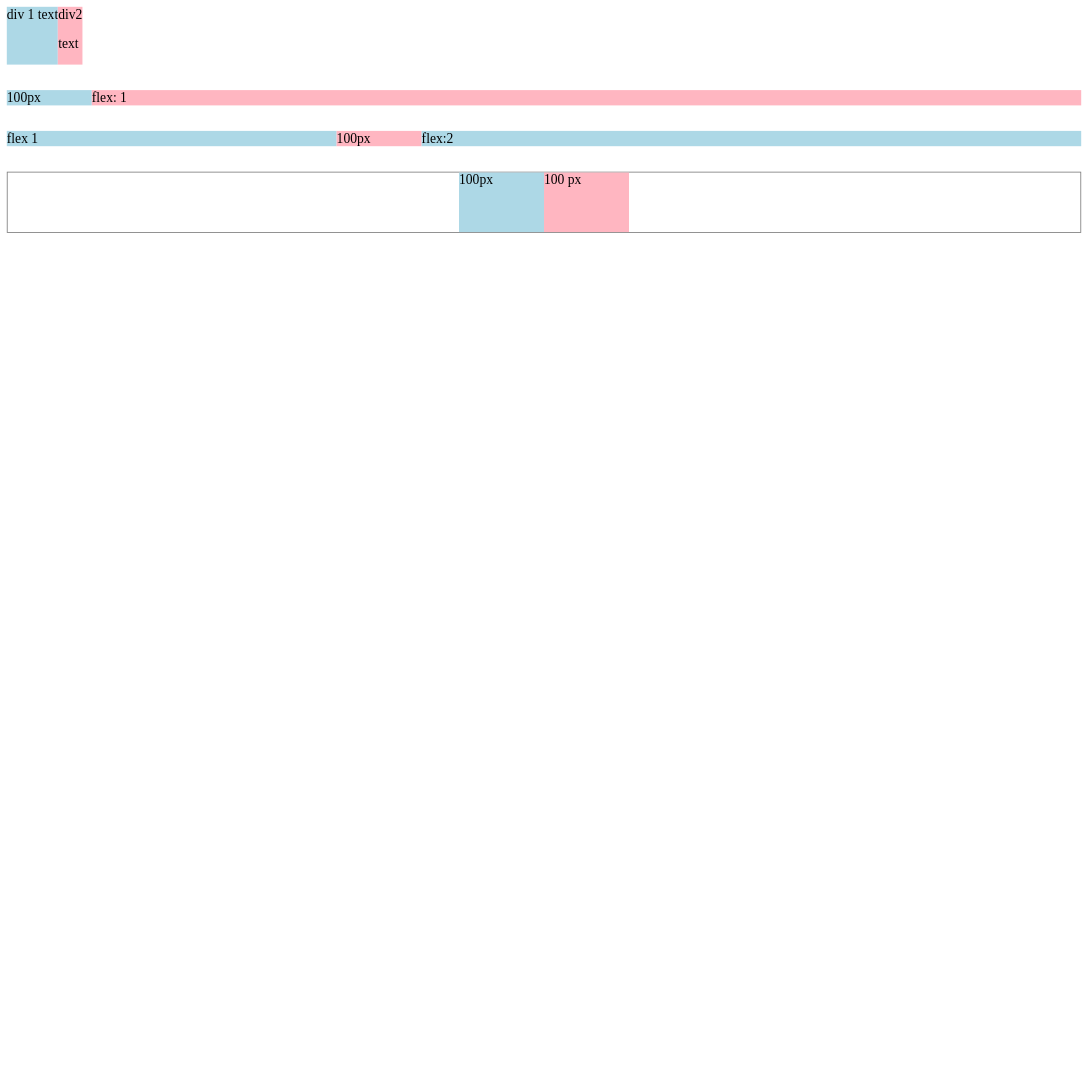
Repository: knowledgeAlan/html-css-twelve
Page: flexbox.html
These files come from the project's save history. The page is drawn as it stood at one moment and after the next save; the edit follows.
The browser window is 1280 px wide. The pictures show the whole page, at 85% of full size.

Above is the page before, as saved 2024-03-11 17:22:20.

After the next save:
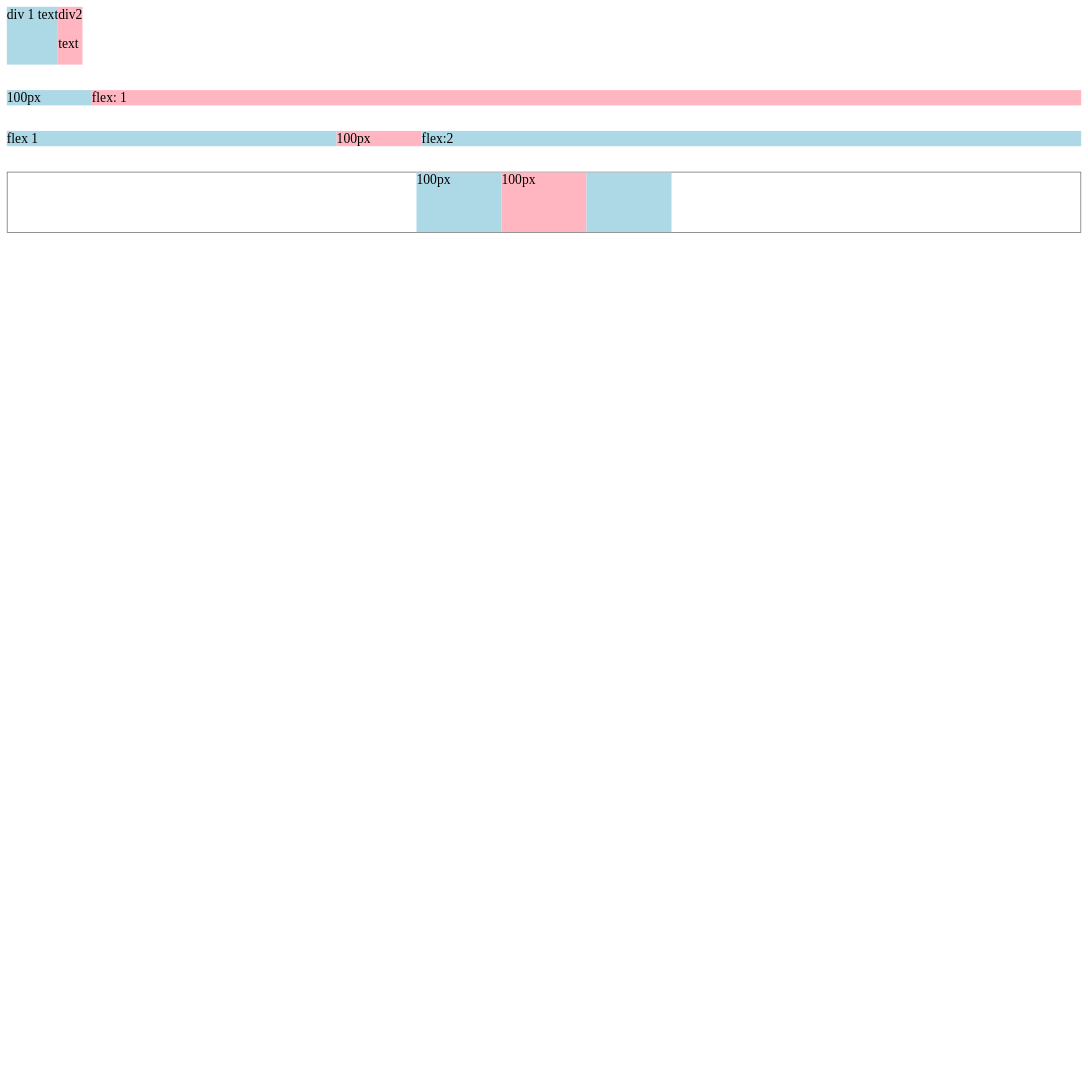
Saved 28 s later.
--- a/flexbox.html
+++ b/flexbox.html
@@ -87,7 +87,13 @@
         <div style=" background-color: lightpink;
             width: 100px;
         ">
-        100 px
+        100px
+        </div>
+
+        <div style="background-color:  lightblue;
+            width: 100px;
+        ">
+
         </div>
         </div>
 
